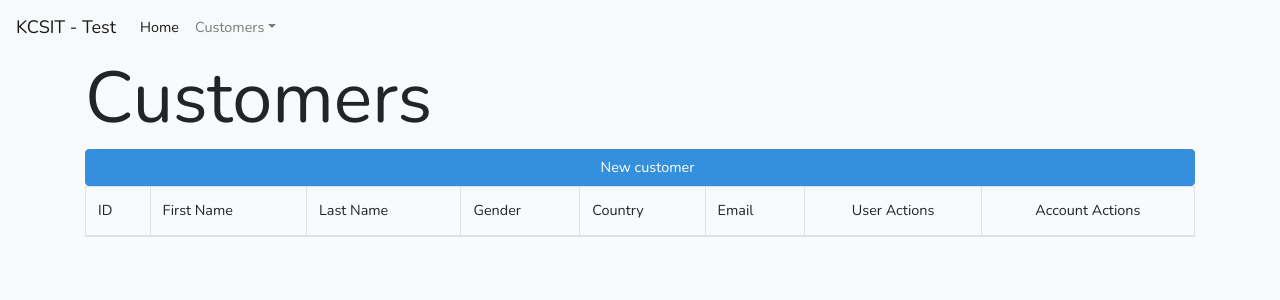
Repository: GilmarBrito/kcsit
Page: resources/views/customers/index.blade.php
An editor plug-in stored every save of this project. The page is shown before and after the next save, followed by the edit.
The browser window is 1280 px wide. The pictures show the whole page.
The page is served by the project's Laravel application, run on PHP 8.4 with Laravel 8. Other server files are loaded and not shown. Style sheets and scripts are compiled from the project's sources, by tool versions that may differ from the author's. The template is opened directly, without the code that normally fills it, so the values that code supplies are empty.

Above is the page before, as saved 2020-03-08 20:42:06.
Console error: ReferenceError: $ is not defined

### routes/web.php
<?php

use Illuminate\Support\Facades\Route;

/*
|--------------------------------------------------------------------------
| Web Routes
|--------------------------------------------------------------------------
|
| Here is where you can register web routes for your application. These
| routes are loaded by the RouteServiceProvider within a group which
| contains the "web" middleware group. Now create something great!
|
*/

Route::get('/', function () {
    return view('welcome');
});

Route::resource('customers', 'CustomerController');

### resources/views/customers/index.blade.php
@extends('base')

@section('main')
<div class="row">
    <div class="col-sm-12">
        <h1 class="display-3">Customers</h1>
    </div>
    <div class="col-sm-12">
        <a href="{{route('customers.create')}}" class="btn btn-primary btn-block">
            <i class="fas fa-user-plus"></i> New customer
        </a>
    </div>
    <div class="col-sm-12">
        <table class="table table-striped table-bordered">
            <thead>
                <tr>
                    <td>ID</td>
                    <td>First Name</td>
                    <td>Last Name</td>
                    <td>Gender</td>
                    <td>Country</td>
                    <td>Email</td>
                    <td colspan="2" class="text-center">User Actions</td>
                    <td colspan="2" class="text-center">Account Actions</td>
                </tr>
            </thead>
            <tbody>
                @foreach($customers as $customer)
                <tr>
                    <td>{{$customer->id}}</td>
                    <td>{{$customer->first_name}}</td>
                    <td>{{$customer->last_name}}</td>
                    <td>{{$customer->gender}}</td>
                    <td>{{$customer->country}}</td>
                    <td>{{$customer->email}}</td>
                    <td>
                        <a href="{{ route('customers.edit',$customer->id)}}" class="btn btn-primary btn-block"><i class="fas fa-user-edit"></i> Edit</a>
                    </td>
                    <td>
                    <form action="{{ route('customers.destroy', $customer->id)}}" method="post">
                            @csrf
                            @method('DELETE')
                            <button class="btn btn-danger btn-block" type="submit"><i class="fas fa-user-slash"></i> Delete</button>
                        </form>
                    </td>
                    <td>
                        <a href="#" class="btn btn-outline-success btn-block"><i class="fas fa-arrow-circle-up"></i> Deposit Money</a>
                    </td>
                    <td>
                        <a href="#" class="btn btn-outline-danger btn-block"><i class="fas fa-arrow-circle-down"></i> Withdraw Money</a>
                    </td>
                </tr>
                @endforeach
            </tbody>
        </table>
    </div>
</div>
@endsection

### resources/views/base.blade.php
<!DOCTYPE html>
<html lang="en">
<head>
    <meta name="viewport" content="width=device-width, initial-scale=1.0">
    <title>KCSIT - Clever Full Stack Developer Test Task</title>
    <!-- Styles -->
    <link href="{{ asset('css/app.css') }}" rel="stylesheet">
</head>
<body>
    <nav class="navbar navbar-expand-lg navbar-light bg-light">
        <a class="navbar-brand" href="#">{{ config('app.name') }}</a>
        <button class="navbar-toggler" type="button" data-toggle="collapse" data-target="#navbarSupportedContent" aria-controls="navbarSupportedContent" aria-expanded="false" aria-label="Toggle navigation">
            <span class="navbar-toggler-icon"></span>
        </button>

        <div class="collapse navbar-collapse" id="navbarSupportedContent">
            <ul class="navbar-nav mr-auto">
                <li class="nav-item active">
                    <a class="nav-link" href="#">Home <span class="sr-only">(current)</span></a>
                </li>
                <li class="nav-item dropdown">
                    <a class="nav-link dropdown-toggle" href="#" id="navbarDropdown" role="button" data-toggle="dropdown" aria-haspopup="true" aria-expanded="false">Customers</a>
                    <div class="dropdown-menu" aria-labelledby="navbarDropdown">
                        <a class="dropdown-item" href="{{ route('customers.index') }}">List</a>
                        <a class="dropdown-item" href="{{ route('customers.create')}}">New</a>
                    </div>
                </li>
            </ul>
        </div>
    </nav>
    @include('flash-message')
    <div class="container">
        @yield('main')
    </div>
    <!-- Scripts -->
    <script src="{{ asset('js/app.js') }}"></script>

    <script>
        $(document).ready(function () {
            if ($('.alert')){
                $('.alert').fadeTo(2000, 500).slideUp(500, function(){
                    $(".alert-dismissible").alert('close');
                });
            }
        });
    </script>

</body>
</html>

### resources/views/flash-message.blade.php
@if ($message = Session::get('success'))
<div class="alert alert-success alert-dismissible fade show">
	<button type="button" class="close" data-dismiss="alert">×</button>
        <strong>{{ $message }}</strong>
</div>
@endif


@if ($message = Session::get('error'))
<div class="alert alert-danger alert-dismissible fade show">
	<button type="button" class="close" data-dismiss="alert">×</button>
        <strong>{{ $message }}</strong>
</div>
@endif


@if ($message = Session::get('warning'))
<div class="alert alert-warning alert-dismissible fade show">
	<button type="button" class="close" data-dismiss="alert">×</button>
	<strong>{{ $message }}</strong>
</div>
@endif


@if ($message = Session::get('info'))
<div class="alert alert-info alert-dismissible fade show">
	<button type="button" class="close" data-dismiss="alert">×</button>
	<strong>{{ $message }}</strong>
</div>
@endif


@if ($errors->any())
<div class="alert alert-danger alert-dismissible fade show">
	<button type="button" class="close" data-dismiss="alert">×</button>
	Please check the form below for errors
</div>
@endif

### resources/sass/app.scss
// Fonts
@import url('https://fonts.googleapis.com/css?family=Nunito');

// Variables
@import 'variables';

// Bootstrap
@import '~bootstrap/scss/bootstrap';
// @import 'node_modules/@fortawesome/fontawesome-free/scss/fontawesome.scss';
@import '~@fortawesome/fontawesome-free/scss/fontawesome';
@import '~@fortawesome/fontawesome-free/scss/regular';
@import '~@fortawesome/fontawesome-free/scss/solid';
@import '~@fortawesome/fontawesome-free/scss/brands';

Loaded but not shown: resources/sass/_variables.scss (common file)

After the next save:
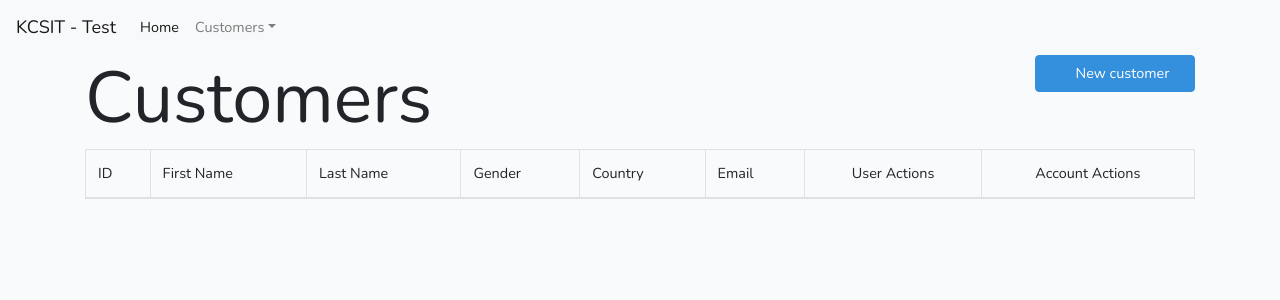
Saved 30 s later.
--- a/resources/views/customers/index.blade.php
+++ b/resources/views/customers/index.blade.php
@@ -2,10 +2,10 @@
 
 @section('main')
 <div class="row">
-    <div class="col-sm-12">
+    <div class="col-sm-10">
         <h1 class="display-3">Customers</h1>
     </div>
-    <div class="col-sm-12">
+    <div class="col-sm-2">
         <a href="{{route('customers.create')}}" class="btn btn-primary btn-block">
             <i class="fas fa-user-plus"></i> New customer
         </a>
